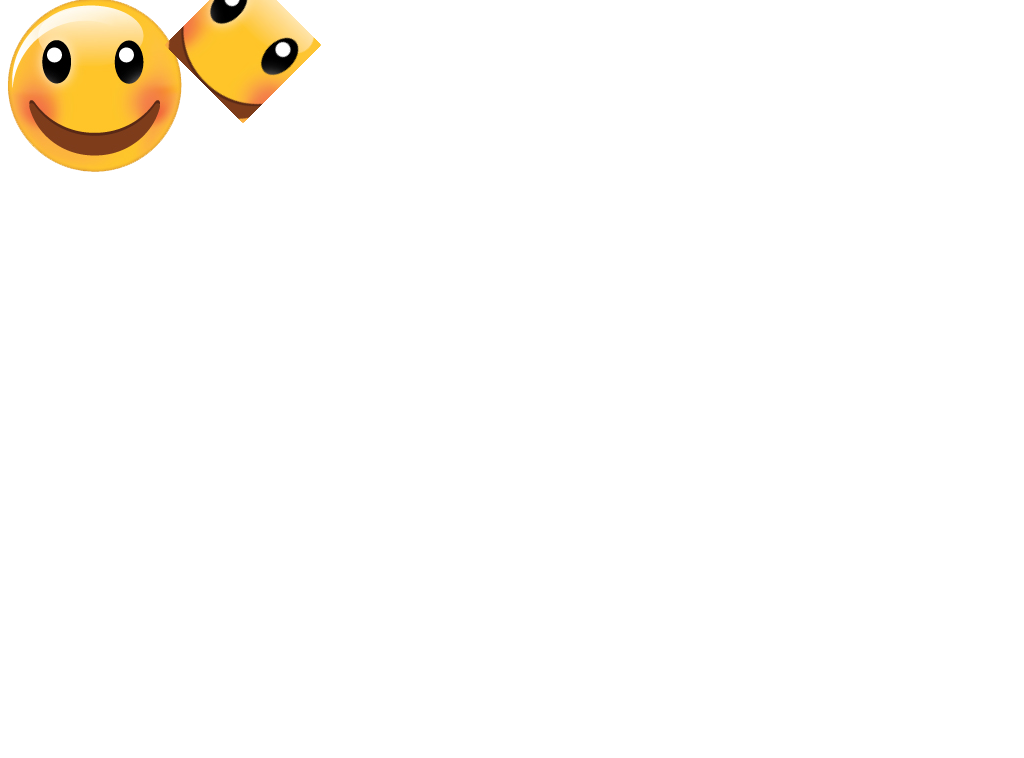
Repository: hoony-lab/java-projects
Program's window: java 20200401_JavaFX/20200408/src/application/ImageView02.java
The author's editor kept a copy of each file at every save. The program's window is drawn from the files as they stood at one save, then again after a run of saves.
It runs on Java 21 on a 1366 x 768 screen with JavaFX 11; the title bar is not drawn. Parts beyond the screen are cut off. It also reads 20200401_JavaFX/20200408/src/img/SmileReRe.png.

Above is the program's window before, as saved 2020-04-08 01:03:45.

### 20200401_JavaFX/20200408/src/application/ImageView02.java
package application;

import javafx.application.Application;
import javafx.geometry.Rectangle2D;
import javafx.scene.Scene;
import javafx.scene.image.ImageView;
import javafx.scene.layout.HBox;
import javafx.stage.Stage;

public class ImageView02 extends Application{
	public static void main(String[] args) {
		launch(args);
	}

	@Override
	public void start(Stage primaryStage) throws Exception {
		HBox hb = new HBox();

		ImageView iv1 = new ImageView("/img/smilerere.png");
		ImageView iv2 = new ImageView("/img/smilerere.png");

		// rotate
		iv2.setRotate(45);

		Rectangle2D viewportRect = new Rectangle2D(40, 35, 110, 110);
		iv2.setViewport(viewportRect);
		iv2.setLayoutX(40);
		iv2.setLayoutY(400);


		hb.getChildren().addAll(iv1,iv2);
		hb.setPrefSize(1024,  768);

		primaryStage.setScene(new Scene(hb));
		primaryStage.show();

	}

}

After the next 2 saves:
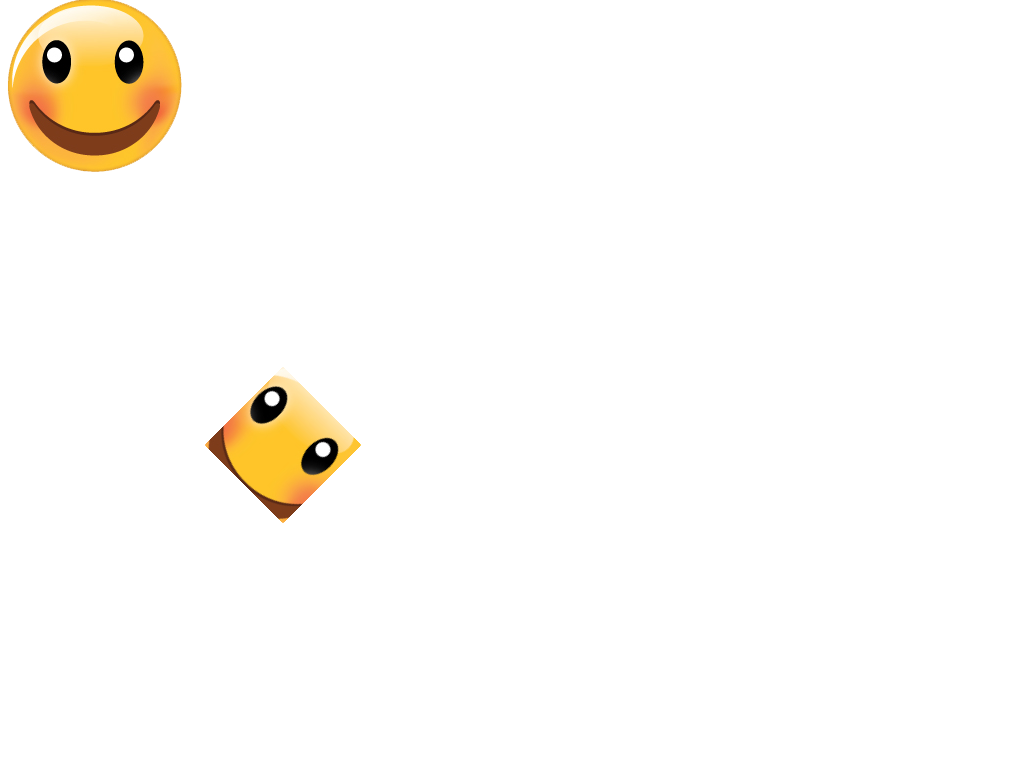
The 2 saves are shown as one change because 1 did not build or start.
The last was saved 4 min 16 s later.
--- a/20200401_JavaFX/20200408/src/application/ImageView02.java
+++ b/20200401_JavaFX/20200408/src/application/ImageView02.java
@@ -4,6 +4,7 @@
 import javafx.geometry.Rectangle2D;
 import javafx.scene.Scene;
 import javafx.scene.image.ImageView;
+import javafx.scene.layout.AnchorPane;
 import javafx.scene.layout.HBox;
 import javafx.stage.Stage;
 
@@ -15,6 +16,7 @@
 	@Override
 	public void start(Stage primaryStage) throws Exception {
 		HBox hb = new HBox();
+		AnchorPane ap = new AnchorPane();
 
 		ImageView iv1 = new ImageView("/img/smilerere.png");
 		ImageView iv2 = new ImageView("/img/smilerere.png");
@@ -26,9 +28,10 @@
 		iv2.setViewport(viewportRect);
 		iv2.setLayoutX(40);
 		iv2.setLayoutY(400);
+		ap.getChildren().add(iv2);
 
 
-		hb.getChildren().addAll(iv1,iv2);
+		hb.getChildren().addAll(iv1,ap);
 		hb.setPrefSize(1024,  768);
 
 		primaryStage.setScene(new Scene(hb));
